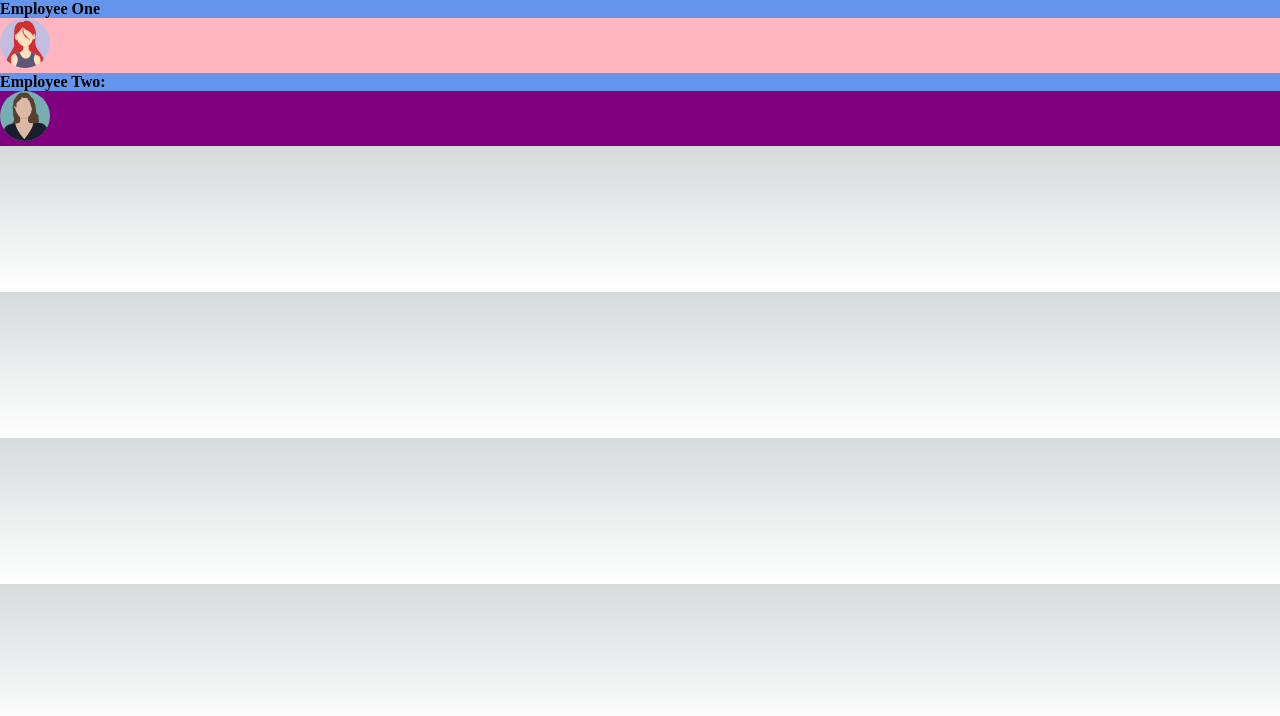
Repository: bguemos/week3example
Page: /About
The author's editor kept a copy of each file at every save. The page is drawn from the files as they stood at one save, then again after the next save.
The browser window is 1280 px wide. The pictures show the whole page.
The project was rebuilt for these pictures with package versions that can differ from the ones it lists, and the page was loaded fresh each time. The framework's server and built-in components were replaced by stand-ins that run in the browser. Also part of the build but not shown: next.config.js.

Above is the page before, as saved 2023-01-18 13:49:20.

### pages/About.js
import Head from 'next/head'
import Image from 'next/image'
import { Inter } from '@next/font/google'
import styles from '@/styles/info.module.css'
import data from '../data/employees.json'
import { useState } from 'react'
import Card from '../components/Card/About'
import Link from 'next/link'


export default function About() {
    const [information, setInformation] = useState([...data])
     console.log(data);
  return (
 <>

<main className={styles.main}>


<div className={styles.grid}>
<b> Employee One </b>
{information && information.map((info, About) => {
if (info.employeePosition === "manager") {
return (
<Card key={About} employeeName={info.employeeName} colour="lightPink" font="20px" />
 )
 }
})}
<b> Employee Two:</b>
{information && information.map((info, About) => {
if (info.employeePosition === "ceo") {
     return (
    <Card key={About} employeeName={info.employeeName} colour="purple" font="20px" />
     )
     }
     })}
    </div>
    </main>

</>
  )
    }

### styles/info.module.css
.main{
    background-color: cornflowerblue;
}

### data/employees.json
[


{
    "employeeName": "Jenna",
    "employeePosition": "manager",
    "yearsWorked": 4
},
{
    "employeeName": "Natalie",
    "employeePosition": "general manager",
    "yearsWorked": 15

},
{
    "employeeName":"Sarah",
    "employeePosition": "ceo",
    "yearsWorked": 20
}


]

### components/Card/About.js
export default function Card({
    employeePosition= "none",
    colour= "orange",
    font = "0",
    image = "Woman3.svg"
}) {
    return(
        <div style={{backgroundColor: colour, fontSize:font}}>
         {
            colour === "lightPink?" ? <img src={'Woman5.svg'} width="50"/> :
            colour === "purple" ? <img src={'Woman2.svg'} width="50"/>:
                                <img src={image} width="50" />
         }

        </div>
    )
}

Loaded but not shown: pages/_app.js (common file); pages/_document.js (common file); styles/globals.css (common file)

After the next save:
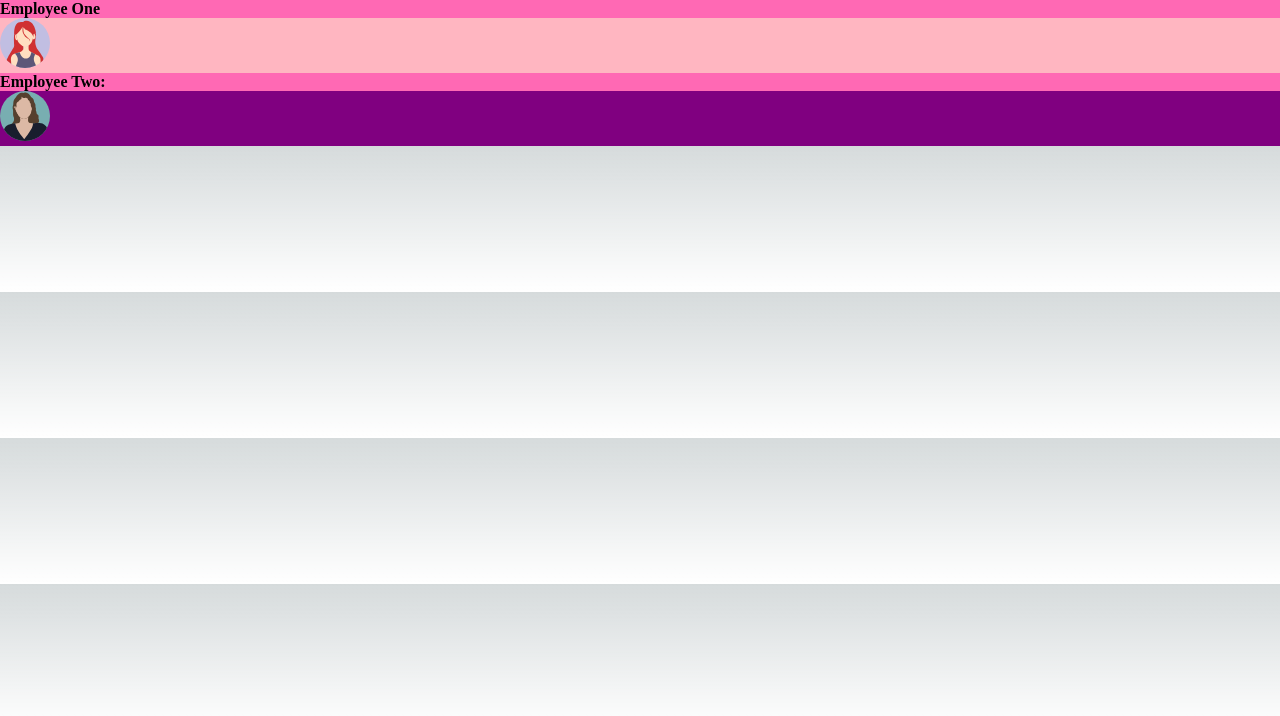
Saved 35 s later.
--- a/styles/info.module.css
+++ b/styles/info.module.css
@@ -1,3 +1,3 @@
 .main{
-    background-color: cornflowerblue;
+    background-color: hotpink;
 }
